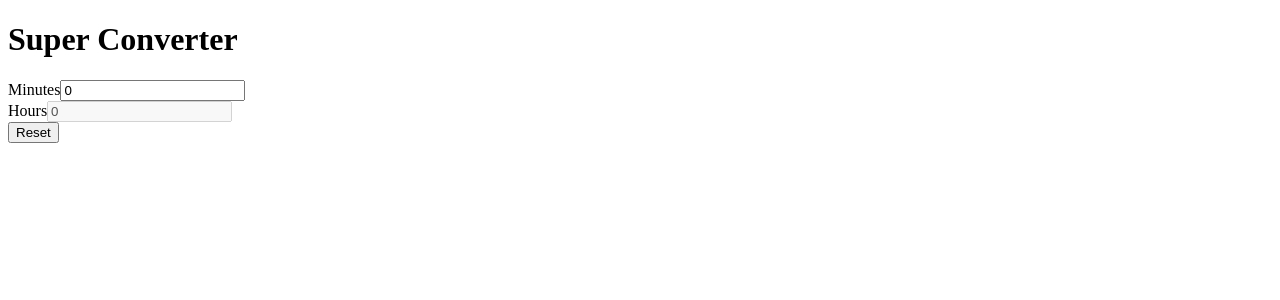
Repository: TaewookKwak/React
Page: index.html
The author's editor kept a copy of each file at every save. The page is drawn from the files as they stood at one save, then again after the next save.
The browser window is 1280 px wide. The pictures show the whole page.

Above is the page before, as saved 2021-12-14 22:26:27.

### index.html
<!DOCTYPE html>
<html lang="en">
  <body>
    <div id="root"></div>
  </body>
  <script src="https://unpkg.com/react@17.0.2/umd/react.production.min.js"></script>
  <script src="https://unpkg.com/react-dom@17.0.2/umd/react-dom.production.min.js"></script>
  <script src="https://unpkg.com/@babel/standalone/babel.min.js"></script>
  <script type="text/babel">
    const root = document.querySelector("#root");
    function App() {
      const [minutes, setMinutes] = React.useState(0);
      const onChange = event => {
        setMinutes(event.target.value);
      };
      const resetMinute = () => {
        setMinutes(0);
      };
      return (
        <div>
          <h1 className="h1">Super Converter</h1>
          <label htmlFor="minutes">Minutes</label>
          <input
            value={minutes}
            id="minutes"
            placeholder="Minutes"
            type="number"
            onChange={onChange}
          />
          <br />
          <label htmlFor="hours">Hours</label>
          <input
            id="hours"
            placeholder="Hours"
            type="number"
            value={minutes / 60}
            disabled
          />
          <br />
          <button onClick={resetMinute}>Reset</button>
        </div>
      );
    }
    ReactDOM.render(<App />, root);
  </script>
</html>

After the next save:
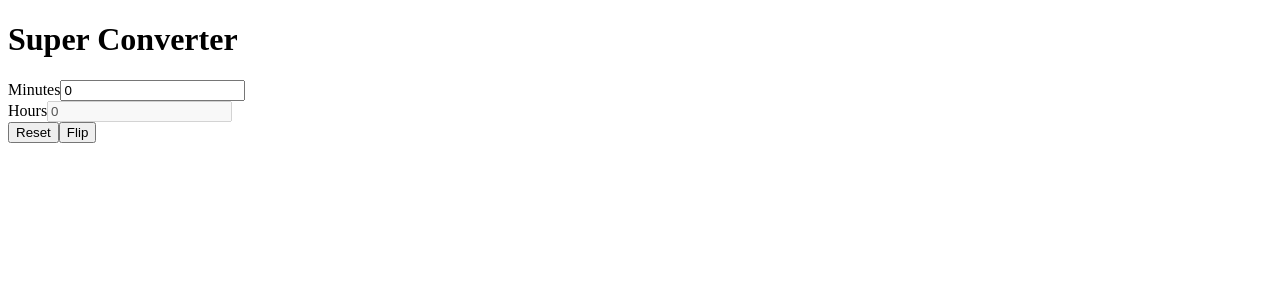
Saved 6 min 56 s later.
--- a/index.html
+++ b/index.html
@@ -10,12 +10,12 @@
     const root = document.querySelector("#root");
     function App() {
       const [minutes, setMinutes] = React.useState(0);
+      const [flipped, setFlipped] = React.useState(false);
       const onChange = event => {
         setMinutes(event.target.value);
       };
-      const resetMinute = () => {
-        setMinutes(0);
-      };
+      const resetMinute = () => setMinutes(0);
+      const onFlip = () => setFlipped(!flipped);
       return (
         <div>
           <h1 className="h1">Super Converter</h1>
@@ -38,6 +38,7 @@
           />
           <br />
           <button onClick={resetMinute}>Reset</button>
+          <button onClick={onFlip}>Flip</button>
         </div>
       );
     }
